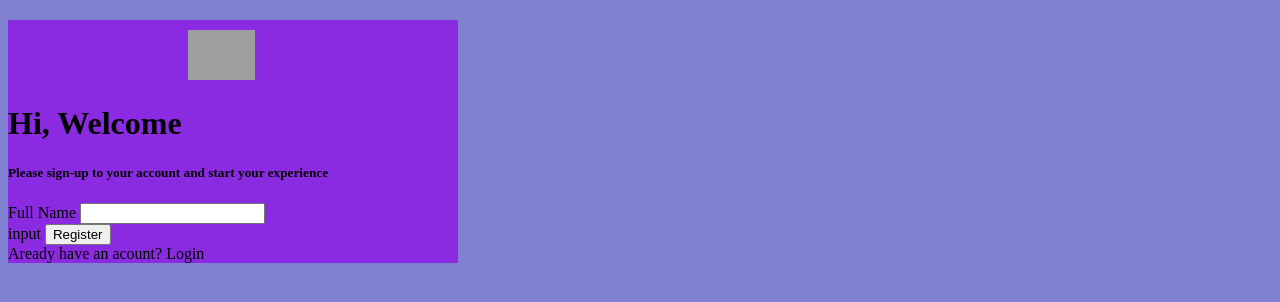
Repository: KingBoyMaylow/movie-task
Page: index.html
These files come from the project's save history. The page is drawn as it stood at one moment and after the next save; the edit follows.
The browser window is 1280 px wide. The pictures show the whole page.
Pictures or frames that could not be fetched are drawn as grey boxes.

Above is the page before, as saved 2024-05-20 08:24:52.

After the next save:
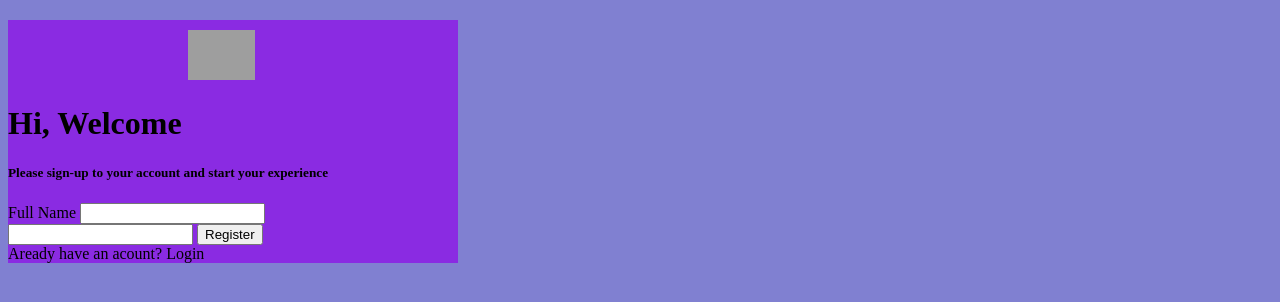
Saved 7 s later.
--- a/index.html
+++ b/index.html
@@ -15,7 +15,7 @@
     <input type="text" id="Full Name" name="Full Name" required><br>
 
     <i class="mdi mdi-label:"></i>
-    input
+    <input type="email" name="" id="">
 
 
 
